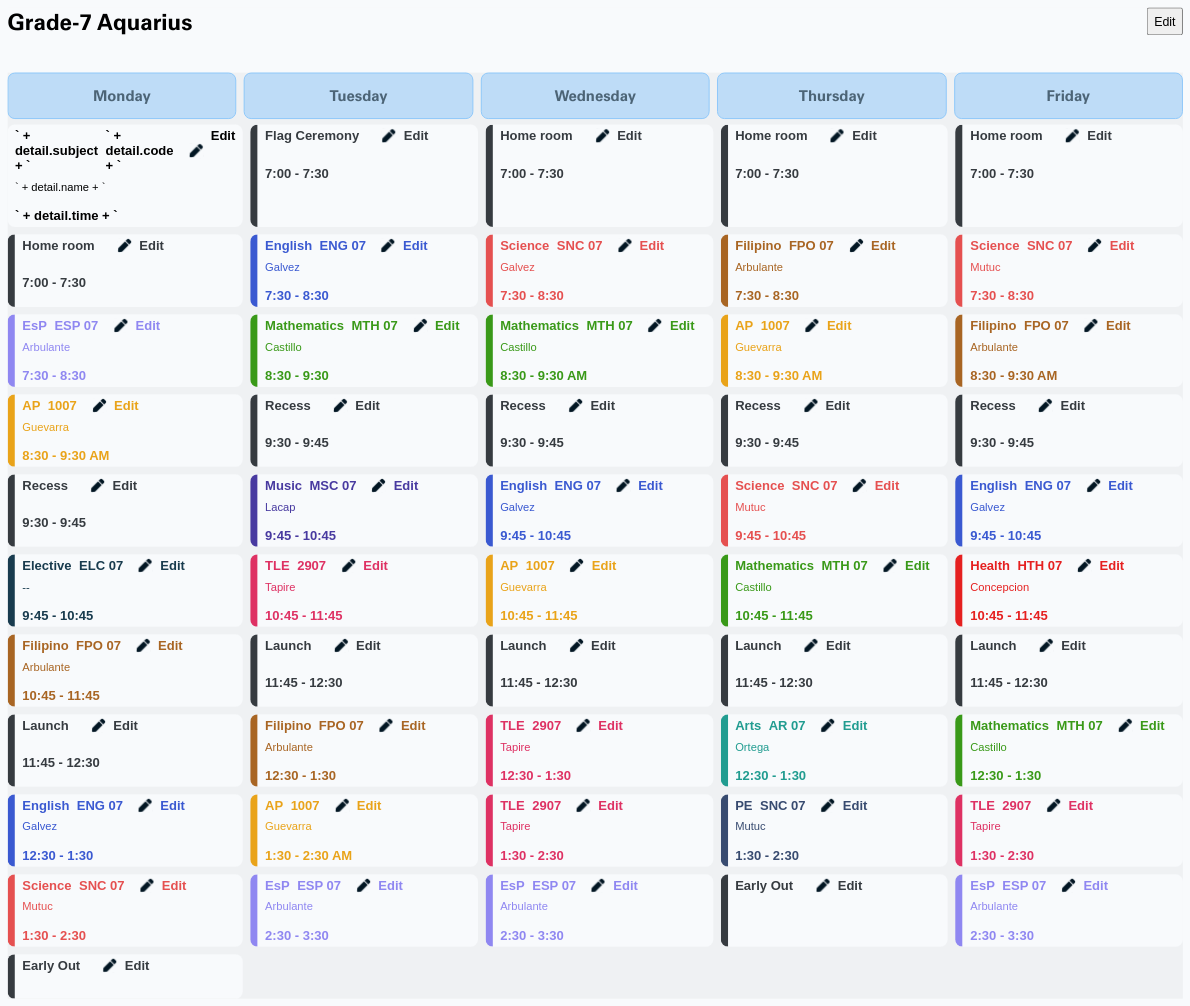
Repository: kentdrlo/prototype
Page: timetable.html
These files come from the project's save history. The page is drawn as it stood at one moment and after the next save; the edit follows.
The browser window is 1280 px wide. The pictures show the whole page, at 93% of full size.
An inner scrolling area shows only its first screen.

Above is the page before, as saved 2025-05-29 09:31:23.

### timetable.html
<link rel="stylesheet" href="schedule.css" />
<div class="container">
  <div class="row">
    <div class="col">
      <div class="top-settings">
        <div class="top-settings-wrapper">
          <div class="schedule-name">Grade-7 Aquarius</div>
          <button type="button" class="btn btn-secondary">Edit</button>
        </div>
      </div>
    </div>
    <div class="table-container row">
      <div class="grid-wrapper">
        <div class="day-box" id="dayBox"></div>
        <div class="table-box" id="topBox">
          <div
            class="card"
            style="
              border-left: 8px solid #` + detail.color + `;
              color: #` + detail.color + `;
            "
          >
            <div class="subject-teacher-wrapper">
              <div class="subject-main-wrapper">
                <div class="subject-detail-wrapper">
                  <div class="subject-name">` + detail.subject + `</div>
                  <div class="subject-code">` + detail.code + `</div>
                  <div class="edit"></div>
                  <img src="src/assets/icons/edit.svg" />Edit
                </div>
              </div>
              <div class="teacher-name">` + detail.name + `</div>
            </div>
            <div class="time">` + detail.time + `</div>
          </div>
        </div>
      </div>
    </div>
  </div>
</div>

<script src="schedule.js"></script>

### schedule.css
@font-face {
  font-family: "Univers";
  src: url("folder/Univers-Bold.woff2") format("woff2"),
    url("folder/Univers-Bold.woff") format("woff");
  font-weight: bold;
  font-style: normal;
  font-display: swap;
}

@font-face {
  font-family: "Univers";
  src: url("folder/Univers.woff2") format("woff2"),
    url("folder/Univers.woff") format("woff");
  font-weight: normal;
  font-style: normal;
  font-display: swap;
}

.work-sans-body {
  font-family: "Work Sans", sans-serif;
  font-optical-sizing: auto;
  font-weight: normal;
  font-style: normal;
}

:root {
  --ff-header: "Univers", sans-serif;
  --ff-body: "Work Sans", sans-serif;
}

html,
body {
  overflow-x: hidden;
  background-color: #f8fafc;
}

.top-settings {
  margin-bottom: 40px;
}

.top-settings-wrapper{
  display: flex;
  flex-direction: row;
  justify-content: space-between;
}

.schedule-name {
  font-family: var(--ff-header);
  font-size: 24px;
  font-weight: bold;
}

.grid-wrapper {
  display: grid;
  grid-template-rows: auto 1fr;
  row-gap: 16px;
  background-color: #eff1f3;
}

.day-box,
.table-box {
  display: grid;
  grid-template-columns: repeat(5, 1fr);
  column-gap: 8px;
}

.day-box {
  height: 40px;
}

.card-day {
  height: 100%;
  font-family: var(--ff-body);
  display: flex;
  justify-content: center;
  align-items: center;
  background-color: #8ac6fa7c;
  color: #4c6476;
  font-family: var(--ff-header);
  font-weight: bold;
  font-size: 16px;
  padding: 4px 8px 4px 8px;
  border-radius: 8px;
  border: 1px solid #8ac6fa;
}

.table-box {
  grid-auto-rows: auto;
  row-gap: 8px;
}

.card {
  width: auto;
  height: auto;
  font-family: var(--ff-body);
  display: flex;
  flex-direction: column;
  gap: 16px;
  padding: 4px 8px 4px 8px;
  background-color: #f8fafc;
  border-radius: 8px;
}

.subject-main-wrapper{
  display: flex;
  flex-direction: row;
  justify-content: space-between;
}

.subject-detail-wrapper {
  display: flex;
  flex-direction: row;
  gap: 8px;
  font-weight: bold;
  font-size: 14px;
}

.subject-teacher-wrapper {
  display: flex;
  flex-direction: column;
  gap: 8px;
}

.subject-name,
.time {
  font-weight: bold;
  font-size: 14px;
}

.teacher-name {
  font-family: var(--ff-body);
  font-size: 12px;
}

### schedule.js
const dates = [
  { day: "Monday" },
  { day: "Tuesday" },
  { day: "Wednesday" },
  { day: "Thursday" },
  { day: "Friday" },
];

const details = [
  {
    subject: "Flag Ceremony",
    code: "",
    name: "",
    time: "7:00 - 7:30",
    color: "363B40",
  },
  {
    subject: "Home room",
    code: "",
    name: "",
    time: "7:00 - 7:30",
    color: "363B40",
  },
  {
    subject: "Home room",
    code: "",
    name: "",
    time: "7:00 - 7:30",
    color: "363B40",
  },
  {
    subject: "Home room",
    code: "",
    name: "",
    time: "7:00 - 7:30",
    color: "363B40",
  },
  {
    subject: "Home room",
    code: "",
    name: "",
    time: "7:00 - 7:30",
    color: "363B40",
  },
  {
    subject: "English",
    code: "ENG 07",
    name: "Galvez",
    time: "7:30 - 8:30",
    color: "3a59d1",
  },
  {
    subject: "Science",
    code: "SNC 07",
    name: "Galvez",
    time: "7:30 - 8:30",
    color: "E55050",
  },
  {
    subject: "Filipino",
    code: "FPO 07",
    name: "Arbulante",
    time: "7:30 - 8:30",
    color: "A86523",
  },

  {
    subject: "Science",
    code: "SNC 07",
    name: "Mutuc",
    time: "7:30 - 8:30",
    color: "E55050",
  },
  {
    subject: "EsP",
    code: "ESP 07",
    name: "Arbulante",
    time: "7:30 - 8:30",
    color: "8F87F1",
  },
  {
    subject: "Mathematics",
    code: "MTH 07",
    name: "Castillo",
    time: "8:30 - 9:30",
    color: "399918",
  },
  {
    subject: "Mathematics",
    code: "MTH 07",
    name: "Castillo",
    time: "8:30 - 9:30 AM",
    color: "399918",
  },

  {
    subject: "AP",
    code: "1007",
    name: "Guevarra",
    time: "8:30 - 9:30 AM",
    color: "E9A319",
  },
  {
    subject: "Filipino",
    code: "FPO 07",
    name: "Arbulante",
    time: "8:30 - 9:30 AM",
    color: "A86523",
  },
  {
    subject: "AP",
    code: "1007",
    name: "Guevarra",
    time: "8:30 - 9:30 AM",
    color: "E9A319",
  },
  {
    subject: "Recess",
    code: "",
    name: "",
    time: "9:30 - 9:45",
    color: "363B40",
  },
  {
    subject: "Recess",
    code: "",
    name: "",
    time: "9:30 - 9:45",
    color: "363B40",
  },
  {
    subject: "Recess",
    code: "",
    name: "",
    time: "9:30 - 9:45",
    color: "363B40",
  },
  {
    subject: "Recess",
    code: "",
    name: "",
    time: "9:30 - 9:45",
    color: "363B40",
  },
  {
    subject: "Recess",
    code: "",
    name: "",
    time: "9:30 - 9:45",
    color: "363B40",
  },
  {
    subject: "Music",
    code: "MSC 07",
    name: "Lacap",
    time: "9:45 - 10:45",
    color: "483AA0",
  },
  {
    subject: "English",
    code: "ENG 07",
    name: "Galvez",
    time: "9:45 - 10:45",
    color: "3a59d1",
  },

  {
    subject: "Science",
    code: "SNC 07",
    name: "Mutuc",
    time: "9:45 - 10:45",
    color: "E55050",
  },
  {
    subject: "English",
    code: "ENG 07",
    name: "Galvez",
    time: "9:45 - 10:45",
    color: "3a59d1",
  },
  {
    subject: "Elective",
    code: "ELC 07",
    name: "--",
    time: "9:45 - 10:45",
    color: "183B4E",
  },
  {
    subject: "TLE",
    code: "2907",
    name: "Tapire",
    time: "10:45 - 11:45",
    color: "DE3163",
  },
  {
    subject: "AP",
    code: "1007",
    name: "Guevarra",
    time: "10:45 - 11:45",
    color: "E9A319",
  },

  {
    subject: "Mathematics",
    code: "MTH 07",
    name: "Castillo",
    time: "10:45 - 11:45",
    color: "399918",
  },
  {
    subject: "Health",
    code: "HTH 07",
    name: "Concepcion",
    time: "10:45 - 11:45",
    color: "E52020",
  },
  {
    subject: "Filipino",
    code: "FPO 07",
    name: "Arbulante",
    time: "10:45 - 11:45",
    color: "A86523",
  },
  {
    subject: "Launch",
    code: "",
    name: "",
    time: "11:45 - 12:30",
    color: "363B40",
  },
  {
    subject: "Launch",
    code: "",
    name: "",
    time: "11:45 - 12:30",
    color: "363B40",
  },
  {
    subject: "Launch",
    code: "",
    name: "",
    time: "11:45 - 12:30",
    color: "363B40",
  },
  {
    subject: "Launch",
    code: "",
    name: "",
    time: "11:45 - 12:30",
    color: "363B40",
  },
  {
    subject: "Launch",
    code: "",
    name: "",
    time: "11:45 - 12:30",
    color: "363B40",
  },
  {
    subject: "Filipino",
    code: "FPO 07",
    name: "Arbulante",
    time: "12:30 - 1:30",
    color: "A86523",
  },
  {
    subject: "TLE",
    code: "2907",
    name: "Tapire",
    time: "12:30 - 1:30",
    color: "DE3163",
  },
  {
    subject: "Arts",
    code: "AR 07",
    name: "Ortega",
    time: "12:30 - 1:30",
    color: "219C90",
  },
  {
    subject: "Mathematics",
    code: "MTH 07",
    name: "Castillo",
    time: "12:30 - 1:30",
    color: "399918",
  },
  {
    subject: "English",
    code: "ENG 07",
    name: "Galvez",
    time: "12:30 - 1:30",
    color: "3a59d1",
  },
  {
    subject: "AP",
    code: "1007",
    name: "Guevarra",
    time: "1:30 - 2:30 AM",
    color: "E9A319",
  },
  {
    subject: "TLE",
    code: "2907",
    name: "Tapire",
    time: "1:30 - 2:30",
    color: "DE3163",
  },

  {
    subject: "PE",
    code: "SNC 07",
    name: "Mutuc",
    time: "1:30 - 2:30",
    color: "384B70",
  },
  {
    subject: "TLE",
    code: "2907",
    name: "Tapire",
    time: "1:30 - 2:30",
    color: "DE3163",
  },
  {
    subject: "Science",
    code: "SNC 07",
    name: "Mutuc",
    time: "1:30 - 2:30",
    color: "E55050",
  },
  {
    subject: "EsP",
    code: "ESP 07",
    name: "Arbulante",
    time: "2:30 - 3:30",
    color: "8F87F1",
  },
  {
    subject: "EsP",
    code: "ESP 07",
    name: "Arbulante",
    time: "2:30 - 3:30",
    color: "8F87F1",
  },

  {
    subject: "Early Out",
    code: " ",
    name: " ",
    time: "",
    color: "363B40",
  },
  {
    subject: "EsP",
    code: "ESP 07",
    name: "Arbulante",
    time: "2:30 - 3:30",
    color: "8F87F1",
  },
  {
    subject: "Early Out",
    code: " ",
    name: " ",
    time: "",
    color: "363B40",
  },
];

function appendDays() {
  const dayBox = document.getElementById("dayBox");

  dates.forEach((date) => {
    dayBox.innerHTML += ` <div class="card-day">` + date.day + `</div>`;
  });
}

function appendDetails() {
  const topBox = document.getElementById("topBox");

  details.forEach((detail) => {
    topBox.innerHTML +=
      ` <div
            class="card"
            style="
              border-left: 8px solid #` +
      detail.color +
      `;
              color: #` +
      detail.color +
      `;
            "
          >
            <div class="subject-teacher-wrapper">
              <div class="subject-main-wrapper">
                <div class="subject-detail-wrapper">
                  <div class="subject-name">` +
      detail.subject +
      `</div>
                  <div class="subject-code">` +
      detail.code +
      `</div>
                  <div class="edit"></div>
                  <img src="src/assets/icons/edit.svg" />Edit
                </div>
              </div>
              <div class="teacher-name">` +
      detail.name +
      `</div>
            </div>
            <div class="time">` +
      detail.time +
      `</div>
          </div>`;
  });
}

appendDays();
appendDetails();

After the next save:
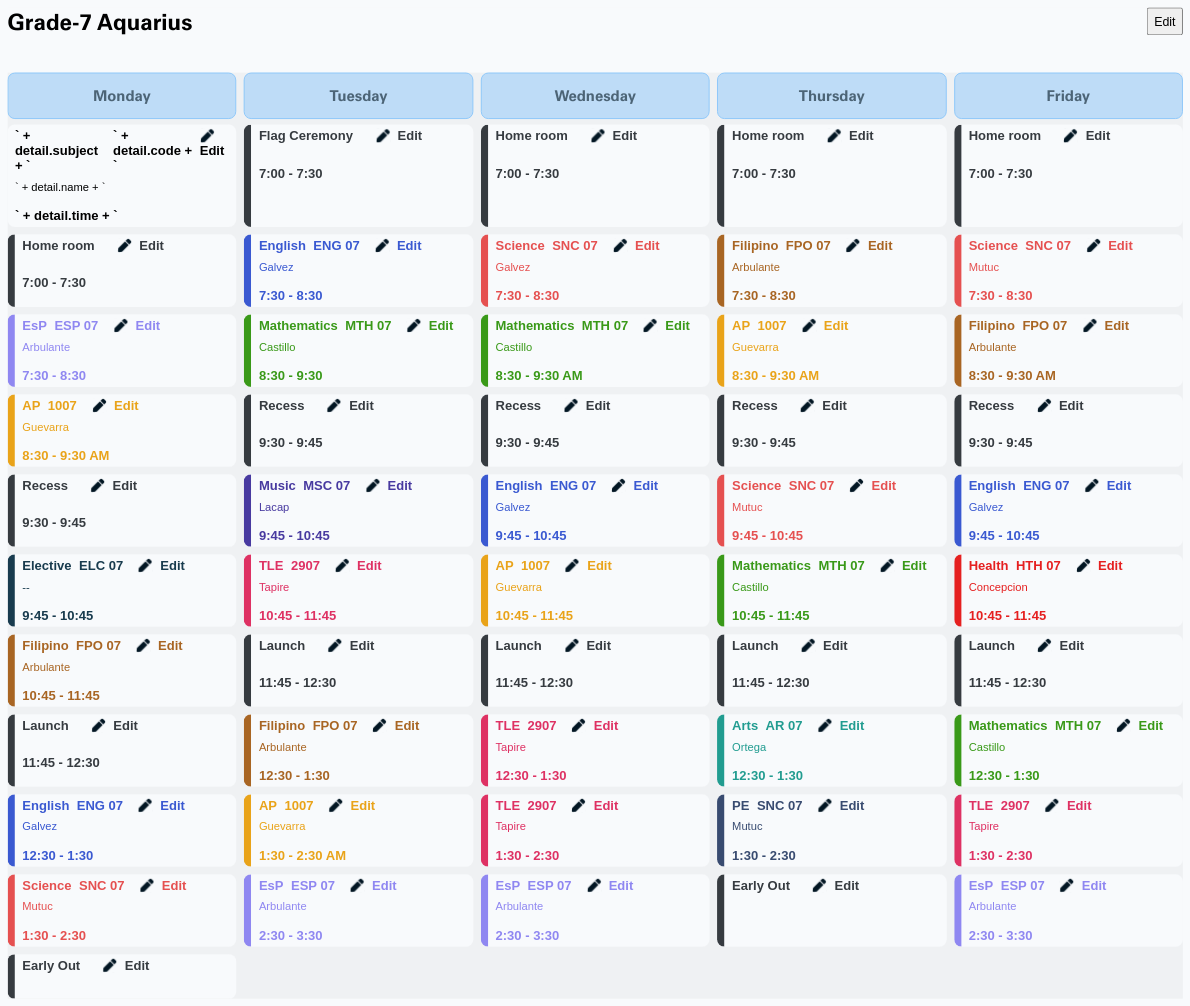
Saved 12 s later.
--- a/timetable.html
+++ b/timetable.html
@@ -25,8 +25,9 @@
                 <div class="subject-detail-wrapper">
                   <div class="subject-name">` + detail.subject + `</div>
                   <div class="subject-code">` + detail.code + `</div>
-                  <div class="edit"></div>
-                  <img src="src/assets/icons/edit.svg" />Edit
+                  <div class="edit">
+                    <img src="src/assets/icons/edit.svg" />Edit
+                  </div>
                 </div>
               </div>
               <div class="teacher-name">` + detail.name + `</div>
